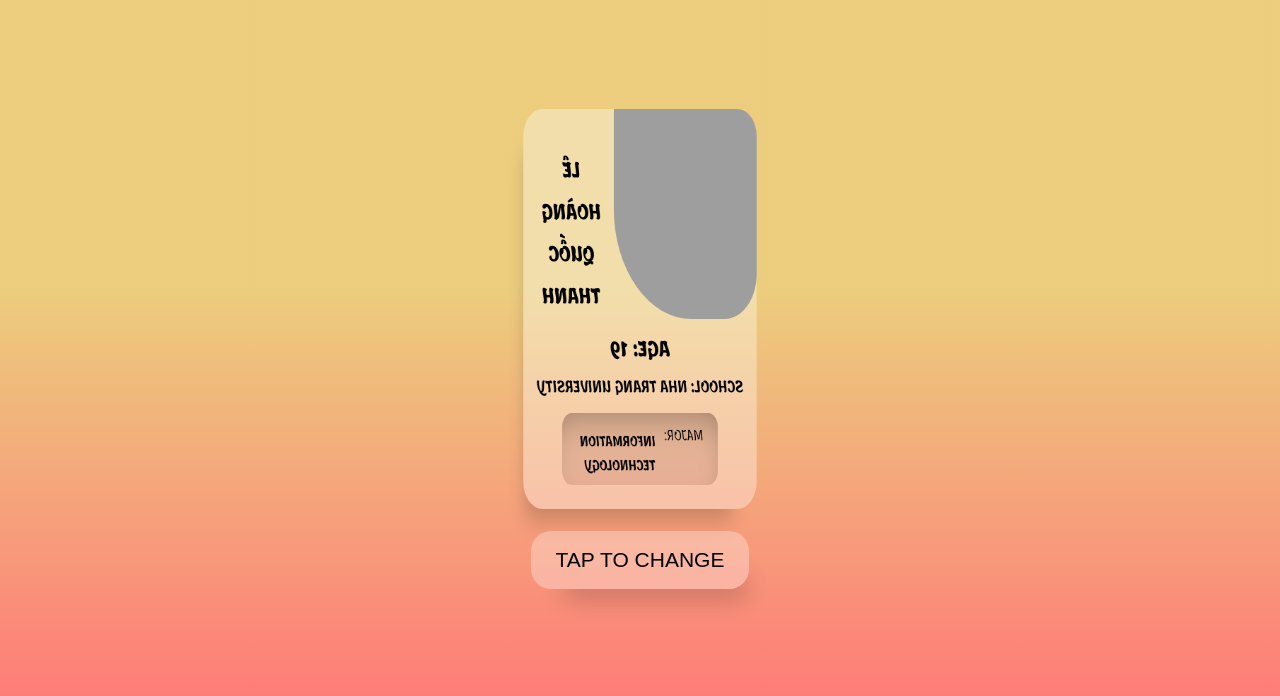
Repository: ThanhThn/profile
Page: index.html
An editor plug-in stored every save of this project. The page is shown before and after the next save, followed by the edit.
The browser window is 1280 px wide. The pictures show the whole page.
After loading, the first visible `#btn` was clicked once.
Pictures or frames that could not be fetched are drawn as grey boxes. Some web fonts or font styles are not loaded; a fallback is used.

Above is the page before, as saved 2022-12-05 21:31:43.

After the next save:
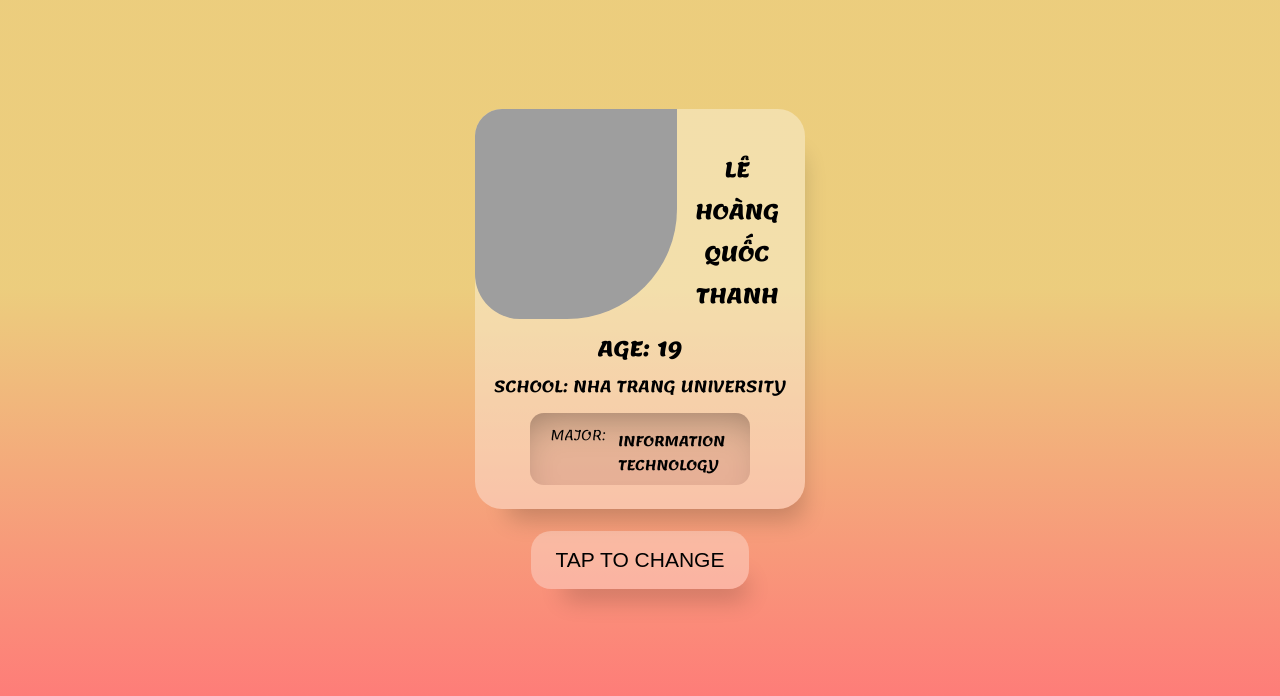
Saved 8 s later.
--- a/index.html
+++ b/index.html
@@ -36,7 +36,7 @@
         btn.addEventListener("click", () => {
             for(let i = 0; i < main.length; i++){
                 if(main[i].style.animation != undefined){
-                    main[i].style.animation = "rotate  4s linear  infinite";
+                    //main[i].style.animation = "rotate  4s linear  infinite";
                 }
                 else{
                     console.log(3);

After the 2 saves that followed:
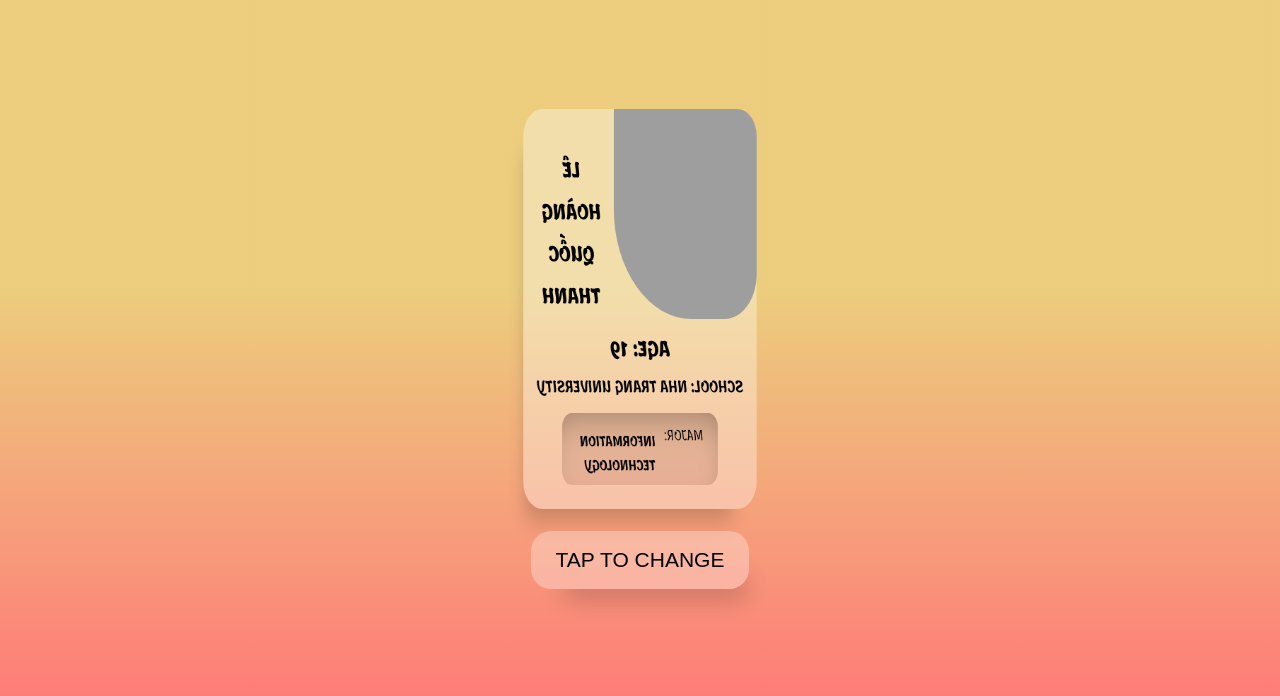
The 2 saves are shown as one change because 1 left the picture as it was.
The last was saved 25 s later.
--- a/index.html
+++ b/index.html
@@ -36,10 +36,9 @@
         btn.addEventListener("click", () => {
             for(let i = 0; i < main.length; i++){
                 if(main[i].style.animation != undefined){
-                    //main[i].style.animation = "rotate  4s linear  infinite";
+                    main[i].style.animation = "rotate  4s linear  infinite";
                 }
                 else{
-                    console.log(3);
                     main[i].style.removeProperty("animation");
                 }
             }
